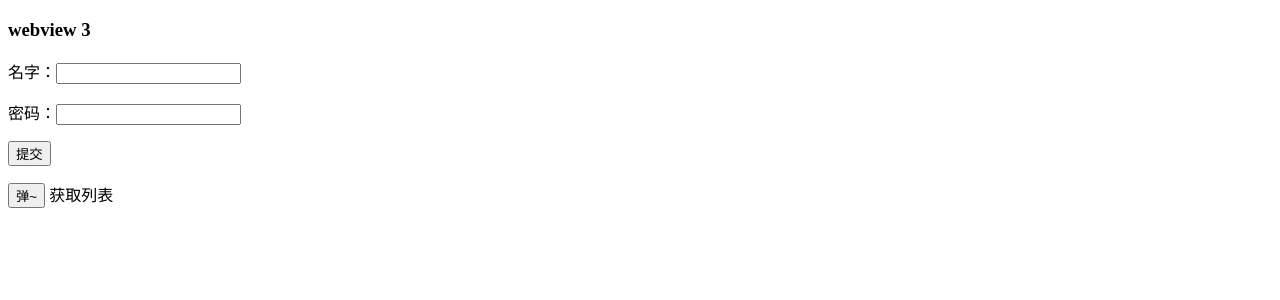
Repository: yangzz999/vscode_plugin
Page: src/view/webview3.html
These files come from the project's save history. The page is drawn as it stood at one moment and after the next save; the edit follows.
The browser window is 1280 px wide. The pictures show the whole page.

Above is the page before, as saved 2020-04-20 11:59:57.
Console error: ReferenceError: acquireVsCodeApi is not defined

### src/view/webview3.html
<!DOCTYPE html>
<html lang="en">
<head>
	<meta charset="UTF-8">
    <meta name="viewport" content="width=device-width, initial-scale=1.0">
    <style>
	</style>
	<script src="./asset/vue.js"></script>
	<script src="./asset/axios.js"></script>
	<link rel="stylesheet" href="./asset/element.css">
	<script src="./asset/element.js"></script>
	<!-- <link rel="stylesheet" href="https://unpkg.com/element-ui/lib/theme-chalk/index.css"> -->
</head>

<body>
    <div id="app" class="container-fluid">
		<h3 class="page-title" id="page-title">webview 3</h3>
			<div class="form-group">
				<form name="user" method="post">
					<p>  名字：<input v-model="userForm.name" type="text" >  </p>
					<p>  密码：<input v-model="userForm.password" type="password" >  </p>
					<p>
						<input type="button" @click="submitForm()" name="Button" value="提交"/>
					</p>
				</form>
				<input type="button" @click="openHint()" name="Button" value="弹~"/>
				<el-button @click="getList" type="primary">获取列表</el-button>
				<el-select v-model="value" placeholder="请选择">
					<el-option
						v-for="item in options"
						:key="item.name"
						:label="item.name"
						:value="item.name">
					</el-option>
				</el-select>
			</div>
	</div>
</body>

</html>

<script>
	let data = {
		userForm:{
			name:'',
			password:''
		},
		options:[],
		value:'',
		msg:'Hello World!',
		testMode: false,
		vscode: acquireVsCodeApi(),
	}
	var vm = new Vue({
	    el:'#app',
	    data,
	    methods:{
			abc(){
				console.log(213)
			},
			openHint:function () {
				console.log('openHint')
				this.vscode.postMessage({
					command: 'openHint',
					text: msg
				})
			},
			getList() {
				let _this = this
				axios.get("http://localhost:3000/list/1",this.userForm).then(function (response) {
					console.log(response.data);
					// 将获取到的数据放到下拉列表中
					_this.options = response.data.list.rows;
                    }, function (err) { })
			},
	        submitForm:function(){
				console.log(this.userForm)
				let _this = this
	            axios.post("http://localhost:3000/submit",this.userForm).then(function (response) {
                        console.log(response.data);
                    }, function (err) { })
	        }
	    }
	});
</script>

Loaded but not shown: src/view/asset/vue.js (library); src/view/asset/axios.js (library); src/view/asset/element.css (library); src/view/asset/element.js (library)

After the next save:
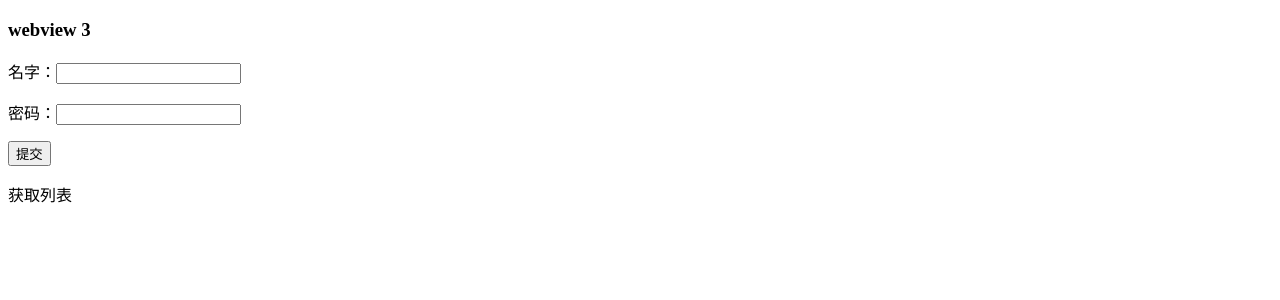
Saved 81 s later.
--- a/src/view/webview3.html
+++ b/src/view/webview3.html
@@ -23,7 +23,7 @@
 						<input type="button" @click="submitForm()" name="Button" value="提交"/>
 					</p>
 				</form>
-				<input type="button" @click="openHint()" name="Button" value="弹~"/>
+				<el-button type="button" @click="openHint()" name="Button" value="与vscode通信"></el-button>
 				<el-button @click="getList" type="primary">获取列表</el-button>
 				<el-select v-model="value" placeholder="请选择">
 					<el-option
